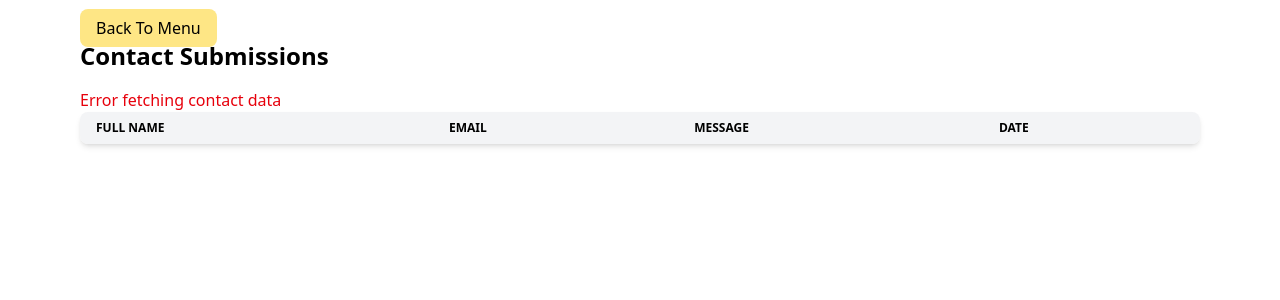
Repository: uk030621/MultiAdaptDB
Page: /contactreply
The author's editor kept a copy of each file at every save. The page is drawn from the files as they stood at one save, then again after the next save.
The browser window is 1280 px wide. The pictures show the whole page.
The page's requests for data from a server got no answer. The project was rebuilt for these pictures with package versions that can differ from the ones it lists, and the page was loaded fresh each time. The framework's server and built-in components were replaced by stand-ins that run in the browser. No one was signed in, and anything a server would have sent is missing. Also part of the build but not shown: next.config.mjs.

Above is the page before, as saved 2025-05-11 16:36:40.

After the next save:
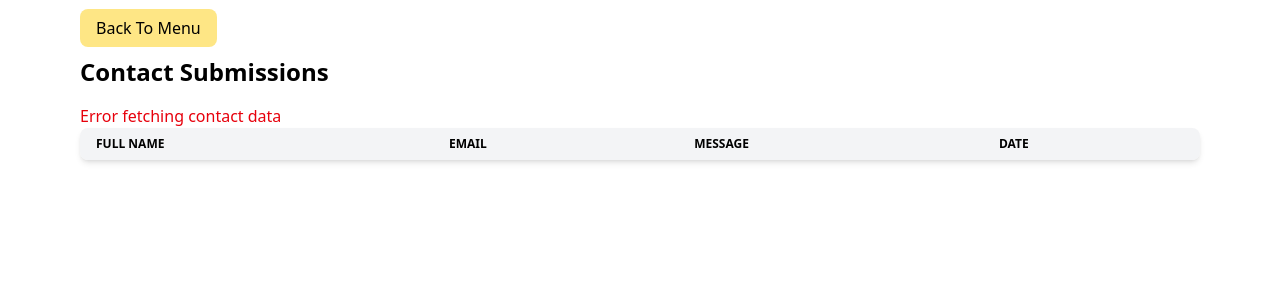
Saved 2 min 36 s later.
--- a/app/contactreply/page.js
+++ b/app/contactreply/page.js
@@ -31,7 +31,7 @@ export default function ContactReplyPage() {
       <Link className="bg-amber-200 px-4 py-2 mt-2 rounded-lg" href="\">
         Back To Menu
       </Link>
-      <h1 className="text-2xl font-bold mb-4">Contact Submissions</h1>
+      <h1 className="text-2xl font-bold mb-4 mt-4">Contact Submissions</h1>
 
       {error && <div className="text-red-600">{error}</div>}
 
